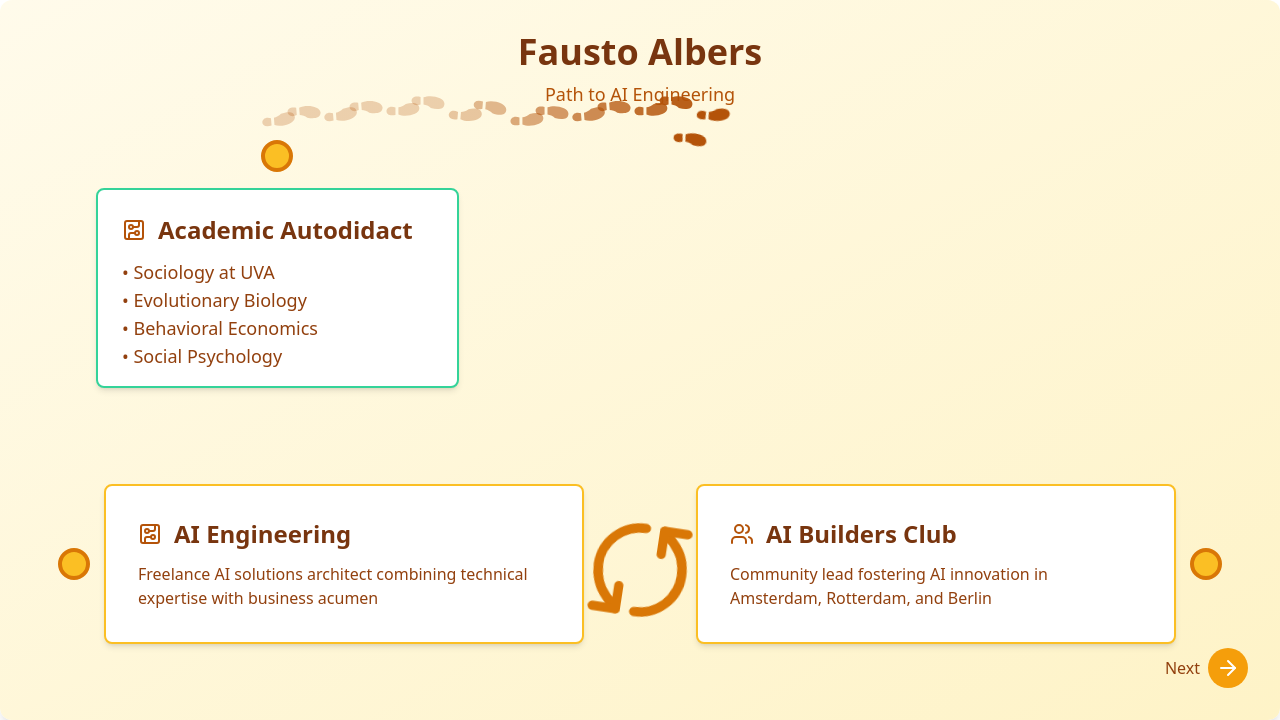
Repository: Galbaz1/dell_presentation
Page: /
An editor plug-in stored every save of this project. The page is shown before and after the next save, followed by the edit.
The browser window is 1280 px wide. The pictures show the whole page.
The project was rebuilt for these pictures with package versions that can differ from the ones it lists, and the page was loaded fresh each time. The framework's server and built-in components were replaced by stand-ins that run in the browser. Also part of the build but not shown: styles/animations/slide2.css.

Above is the page before, as saved 2024-11-12 13:49:34.

### pages/_app.tsx
import '../styles/globals.css'
import '../styles/animations/slide1.css'
import '../styles/animations/slide2.css'
import type { AppProps } from 'next/app'

function MyApp({ Component, pageProps }: AppProps) {
  return <Component {...pageProps} />
}

export default MyApp

### pages/index.tsx
import React from 'react';
import { CircuitBoard, Building2, Code, Users, ArrowRight, RefreshCcw } from 'lucide-react';
import FootstepsAnimation from '../components/FootstepsAnimation';
import Link from 'next/link';

const SpeakerSlide: React.FC = () => {
  return (
    <div className="bg-gradient-to-br from-amber-50 to-amber-100 p-8 rounded-xl shadow-lg min-h-screen overflow-hidden relative">
      {/* Header */}
      <div className="mb-12 text-center">
        <h1 className="text-4xl font-bold text-amber-900 mb-2">Fausto Albers</h1>
        <p className="text-lg text-amber-700">Path to AI Engineering</p>
      </div>

      {/* Journey Map */}
      <div className="relative mb-16 mx-auto max-w-[1400px]">
        <FootstepsAnimation />
        {/* Journey Stations */}
        <div className="relative flex justify-between items-center px-16">
          {/* Academic Autodidact */}
          <div className="w-96 relative fall-animation">
            <div className="absolute -top-4 left-1/2 transform -translate-x-1/2">
              <div className="w-8 h-8 rounded-full bg-amber-400 border-4 border-amber-600" />
            </div>
            <div className="bg-white p-6 rounded-lg shadow-md mt-8 h-[200px] flex flex-col border-2 border-emerald-400">
              <h2 className="text-2xl font-semibold text-amber-900 mb-3 flex items-center">
                <CircuitBoard className="mr-3 text-amber-700 w-6 h-6" /> Academic Autodidact
              </h2>
              <ul className="text-lg text-amber-800 flex-1">
                <li>• Sociology at UVA</li>
                <li>• Evolutionary Biology</li>
                <li>• Behavioral Economics</li>
                <li>• Social Psychology</li>
              </ul>
            </div>
          </div>

          {/* Business Experience */}
          <div className="w-96 relative fall-animation fall-animation-delay-1">
            <div className="absolute -top-4 left-1/2 transform -translate-x-1/2">
              <div className="w-8 h-8 rounded-full bg-amber-400 border-4 border-amber-600" />
            </div>
            <div className="bg-white p-6 rounded-lg shadow-md mt-8 h-[200px] flex flex-col border-2 border-emerald-400">
              <h2 className="text-2xl font-semibold text-amber-900 mb-3 flex items-center">
                <Building2 className="mr-3 text-amber-700 w-6 h-6" /> Business Leadership
              </h2>
              <ul className="text-lg text-amber-800 flex-1">
                <li>• Restaurant Owner</li>
                <li>• Cocktail Bars</li>
                <li>• Event Company</li>
                <li>• Dark Kitchen</li>
              </ul>
            </div>
          </div>

          {/* Tech Innovation */}
          <div className="w-96 relative fall-animation fall-animation-delay-2">
            <div className="absolute -top-4 left-1/2 transform -translate-x-1/2">
              <div className="w-8 h-8 rounded-full bg-amber-400 border-4 border-amber-600" />
            </div>
            <div className="bg-white p-6 rounded-lg shadow-md mt-8 h-[200px] flex flex-col border-2 border-emerald-400">
              <h2 className="text-2xl font-semibold text-amber-900 mb-3 flex items-center">
                <Code className="mr-3 text-amber-700 w-6 h-6" /> Tech Innovation
              </h2>
              <ul className="text-lg text-amber-800 flex-1">
                <li>• Back-end Development</li>
                <li>• Waitless - QR POS System</li>
                <li>• Waitler - LLM Chat App</li>
              </ul>
            </div>
          </div>
        </div>
      </div>

      {/* Current Roles Synergy Circle */}
      <div className="relative max-w-[1200px] mx-auto mt-24">
        {/* Synergy Arrows - removed text */}
        <div className="absolute left-0 right-0 mx-auto w-28 top-[30px] synergy-animation z-10">
          <div className="relative w-full h-full">
            <RefreshCcw className="w-full h-full text-amber-600 animate-spin-slow" />
          </div>
        </div>

        <div className="flex justify-between items-center synergy-animation px-16">
          {/* AI Engineering Role */}
          <div className="w-[480px] relative bg-white p-8 rounded-lg shadow-md border-2 border-amber-400 h-[160px] flex flex-col">
            <div className="absolute -left-12 top-1/2 transform -translate-y-1/2">
              <div className="w-8 h-8 rounded-full bg-amber-400 border-4 border-amber-600" />
            </div>
            <h2 className="text-2xl font-semibold text-amber-900 mb-3 flex items-center">
              <CircuitBoard className="mr-3 text-amber-700 w-6 h-6" /> AI Engineering
            </h2>
            <p className="text-base text-amber-800">
              Freelance AI solutions architect combining technical expertise with business acumen
            </p>
          </div>

          {/* AI Builders Role */}
          <div className="w-[480px] relative bg-white p-8 rounded-lg shadow-md border-2 border-amber-400 h-[160px] flex flex-col">
            <h2 className="text-2xl font-semibold text-amber-900 mb-3 flex items-center">
              <Users className="mr-3 text-amber-700 w-6 h-6" /> AI Builders Club
            </h2>
            <p className="text-base text-amber-800">
              Community lead fostering AI innovation in Amsterdam, Rotterdam, and Berlin
            </p>
            <div className="absolute -right-12 top-1/2 transform -translate-y-1/2">
              <div className="w-8 h-8 rounded-full bg-amber-400 border-4 border-amber-600" />
            </div>
          </div>
        </div>
      </div>

      {/* Add this navigation at the bottom of the component, before the closing div */}
      <div className="absolute bottom-8 right-8 flex items-center">
        <span className="text-amber-800 mr-2">Next</span>
        <Link href="/slide2" className="bg-amber-500 hover:bg-amber-600 text-white p-2 rounded-full transition-colors">
          <ArrowRight className="w-6 h-6" />
        </Link>
      </div>
    </div>
  );
};

export default SpeakerSlide;

### styles/globals.css
@tailwind base;
@tailwind components;
@tailwind utilities;

@keyframes fallAndBounce {
  0% {
    transform: translateY(-100%) translateX(-50%);
  }
  70% {
    transform: translateY(140%) translateX(-50%);
  }
  75% {
    transform: translateY(130%) translateX(-50%);
  }
  80% {
    transform: translateY(135%) translateX(-50%);
  }
  85% {
    transform: translateY(128%) translateX(-50%);
  }
  90% {
    transform: translateY(132%) translateX(-50%);
  }
  100% {
    transform: translateY(0%) translateX(-50%);
  }
}

@keyframes developerFall {
  0%, 69% {
    transform: translateX(-50%) rotate(0deg);
  }
  100% {
    transform: translateX(100%) rotate(90deg);
  }
}

@keyframes pulsate {
  0% {
    transform: translateY(0%) translateX(-50%) scale(1);
  }
  8% {
    transform: translateY(0%) translateX(-50%) scale(1.15);
  }
  10% {
    transform: translateY(0%) translateX(-50%) scale(1.1);
  }
  18% {
    transform: translateY(0%) translateX(-50%) scale(1.35);
  }
  20% {
    transform: translateY(0%) translateX(-50%) scale(1.3);
  }
  28% {
    transform: translateY(0%) translateX(-50%) scale(1.55);
  }
  30% {
    transform: translateY(0%) translateX(-50%) scale(1.5);
  }
  38% {
    transform: translateY(0%) translateX(-50%) scale(1.75);
  }
  40% {
    transform: translateY(0%) translateX(-50%) scale(1.7);
  }
  48% {
    transform: translateY(0%) translateX(-50%) scale(1.95);
  }
  50% {
    transform: translateY(0%) translateX(-50%) scale(1.9);
  }
  100% {
    transform: translateY(0%) translateX(-50%) scale(2);
  }
}

@keyframes explodePiece {
  0% {
    transform: translate(0, 0) rotate(0);
    opacity: 1;
  }
  100% {
    transform: translate(var(--tx), 1000px) rotate(var(--tr));
    opacity: 0;
  }
}

.animate-fall-bounce {
  animation:
    fallAndBounce 3s cubic-bezier(0.4, 0, 0.2, 1) forwards,
    pulsate 8s cubic-bezier(0.4, 0, 0.2, 1) 5s forwards;
}

.animate-developer-fall {
  animation: developerFall 1.2s cubic-bezier(0.4, 0, 0.2, 1) forwards;
  animation-delay: 2.1s;
}

.explosion-piece {
  position: absolute;
  animation: explodePiece 2s cubic-bezier(0.4, 0, 0.2, 1) forwards;
  animation-delay: 16s; /* 5s wait + 8s growth + 3s wait */
}

### styles/animations/slide1.css
@keyframes spin-slow {
  from {
    transform: rotate(0deg);
  }
  to {
    transform: rotate(360deg);
  }
}

.animate-spin-slow {
  animation: spin-slow 20s linear infinite;
}

@keyframes fallIn {
  0% {
    transform: translateY(-100vh) rotate(0deg);
    opacity: 0;
  }
  60% {
    transform: translateY(20px) rotate(720deg);
  }
  80% {
    transform: translateY(-10px) rotate(720deg);
  }
  100% {
    transform: translateY(0) rotate(720deg);
    opacity: 1;
  }
}

.fall-animation {
  opacity: 0;
  animation: fallIn 2s cubic-bezier(0.25, 0.46, 0.45, 0.94) forwards;
  animation-delay: 2s;
}

.fall-animation-delay-1 {
  animation-delay: 6s;
}

.fall-animation-delay-2 {
  animation-delay: 11s;
}

### components/FootstepsAnimation.tsx
import React, { useEffect, useRef } from 'react';
import gsap from 'gsap';

interface FootProps {
  ref: React.RefObject<SVGSVGElement>;
}

const RightFootprint = React.forwardRef<SVGSVGElement>((_, ref) => (
  <svg
    ref={ref}
    width="24"
    height="36"
    viewBox="0 0 16 32"
    fill="currentColor"
    xmlns="http://www.w3.org/2000/svg"
    className="footstep right-step"
    style={{ transform: 'rotate(90deg)', fill: '#b45309' }}
  >
    <path d="M5.058 20.918l6.21-1.664c-0.204-2.22 0-4.745 1.205-7.11 0.18-6.195-1.867-11.962-6.835-10.631-5.468 1.465-4.865 13.899-0.58 19.404v0zM5.468 23.537c0.343 11.974 12.512 6.497 6.318-1.693l-6.318 1.693z" />
  </svg>
));

const LeftFootprint = React.forwardRef<SVGSVGElement>((_, ref) => (
  <svg
    ref={ref}
    width="24"
    height="36"
    viewBox="20 0 16 32"
    fill="currentColor"
    xmlns="http://www.w3.org/2000/svg"
    className="footstep left-step"
    style={{ transform: 'rotate(90deg)', fill: '#b45309' }}
  >
    <path d="M27.227 20.917l-6.21-1.664c0.204-2.22-0-4.745-1.205-7.11-0.18-6.195 1.867-11.962 6.835-10.631 5.468 1.466 4.865 13.9 0.58 19.404v0zM26.818 23.536c-0.343 11.973-12.512 6.497-6.318-1.693l6.318 1.693z" />
  </svg>
));

const FootstepsAnimation: React.FC = () => {
  const leftFootRef = useRef<SVGSVGElement>(null);
  const rightFootRef = useRef<SVGSVGElement>(null);
  const ghostTrailRef = useRef<HTMLDivElement>(null);

  useEffect(() => {
    if (!leftFootRef.current || !rightFootRef.current || !ghostTrailRef.current) return;

    // River-like flowing path with gentle curves
    const horizontalPath = [
      // Start at first orange circle (Academic Foundation)
      { x: 280, y: 100 },    // Starting at first circle
      { x: 342, y: 95 },     // Gentle curve up (increased from 330)
      { x: 404, y: 90 },     // Peak (increased from 380)
      { x: 466, y: 95 },     // Coming down (increased from 430)
      { x: 528, y: 100 },    // Level (increased from 480)
      { x: 590, y: 95 },     // Rise (increased from 530)
      { x: 652, y: 90 },     // Peak (increased from 580)
      { x: 714, y: 95 },     // Descend (increased from 630)
      { x: 776, y: 100 },    // Second circle position (increased from 680)
      { x: 838, y: 95 },     // Begin rise (increased from 730)
      { x: 900, y: 90 },     // Peak (increased from 780)
      { x: 962, y: 95 },     // Start descent (increased from 830)
      { x: 1024, y: 100 },   // Level (increased from 880)
      { x: 1086, y: 95 },    // Rise (increased from 930)
      { x: 1148, y: 90 },    // Peak (increased from 980)
      { x: 1210, y: 95 },    // Descend (increased from 1030)
      { x: 1272, y: 100 },   // Third circle position (increased from 1080)
      { x: 1334, y: 95 },    // Final rise (increased from 1130)
      { x: 1396, y: 90 },    // Last peak (increased from 1180)
      { x: 1458, y: 95 },    // Final descent (increased from 1230)
      { x: 1520, y: 100 },   // End position (increased from 1280)
    ];

    // Calculate increment from horizontal path
    const horizontalIncrement = Math.abs(horizontalPath[1].x - horizontalPath[0].x); // Should be 62

    // New vertical path with 3 fewer steps
    const verticalPath = [
      { x: 1520, y: 100 },    // Start where horizontal path ended
      { x: 1525, y: 162 },    // Wave right
      { x: 1530, y: 224 },    // Peak right
      { x: 1525, y: 286 },    // Wave back center
      { x: 1520, y: 348 },    // Center
      { x: 1525, y: 410 },    // Wave right
      { x: 1530, y: 472 },    // Peak right
      { x: 1520, y: 534 },    // End position
    ];

    const createGhostTrail = (
      element: SVGSVGElement,
      x: number,
      y: number,
      rotation: number = 0,
      isVertical: boolean = false
    ): void => {
      if (!ghostTrailRef.current) return;

      const ghost = element.cloneNode(true) as SVGSVGElement;
      ghost.style.position = 'absolute';
      ghost.style.left = `${x}px`;
      ghost.style.top = `${y}px`;

      // Match ghost trail rotation with footstep rotation
      const ghostRotation = isVertical
        ? rotation  // Just use the same rotation as footsteps for vertical path
        : rotation; // Keep horizontal path rotation the same

      ghost.style.transform = `rotate(${ghostRotation}deg)`;
      ghost.style.color = '#d97706';
      ghost.classList.add('ghost-trail');

      ghostTrailRef.current.appendChild(ghost);

      gsap.to(ghost, {
        opacity: 0.25,
        duration: 3,
        ease: "none",
      });
    };

    const animateFootstep = (
      foot: SVGSVGElement,
      path: Array<{x: number, y: number}>,
      delay: number,
      isLeft: boolean,
      isVertical: boolean = false
    ): void => {
      path.forEach((point, index) => {
        const prevPoint = index > 0 ? path[index - 1] : point;
        const nextPoint = index < path.length - 1 ? path[index + 1] : point;

        const rotation = Math.atan2(
          nextPoint.y - prevPoint.y,
          nextPoint.x - prevPoint.x
        ) * 180 / Math.PI;

        // Define base offsets
        const sideOffset = isLeft ? -12 : 12;
        const heightOffset = isLeft ? 6 : -6;  // 20% increased from original 5/-5

        // Swap offsets based on direction
        const xOffset = isVertical ? heightOffset : sideOffset;
        const yOffset = isVertical ? sideOffset : heightOffset;

        // Adjust rotation for vertical path to point inwards while going down
        const finalRotation = isVertical
          ? rotation + 90 + (isLeft ? 15 : -15)  // Swapped the +/- for vertical to point inwards
          : rotation + 90 + (isLeft ? -15 : 15);  // Horizontal path unchanged

        gsap.to(foot, {
          x: point.x + xOffset,
          y: point.y + yOffset,
          rotation: finalRotation,
          duration: 0.6,
          delay: delay + (index * 0.7),
          ease: "power2.inOut",
          onComplete: () => createGhostTrail(
            foot,
            point.x + xOffset,
            point.y + yOffset,
            finalRotation,
            isVertical
          ),
        });
      });
    };

    // Start animations with proper timing
    const timeline = gsap.timeline();

    // First animate horizontal path (normal order)
    animateFootstep(leftFootRef.current, horizontalPath, 0, true, false);
    animateFootstep(rightFootRef.current, horizontalPath, 0.35, false, false);

    // Then animate vertical path with swapped left/right order and transition delay
    const horizontalDuration = horizontalPath.length * 0.7;
    // Add 0.7s extra delay for the inner footstep (the one that needs to wait)
    animateFootstep(leftFootRef.current, verticalPath, horizontalDuration + 0.7, false, true);  // Added 0.7s delay
    animateFootstep(rightFootRef.current, verticalPath, horizontalDuration + 0.35, true, true);  // Kept original timing

    return () => {
      timeline.kill();
    };
  }, []);

  return (
    <div className="fixed inset-0 pointer-events-none" style={{ zIndex: 50 }}>
      <div
        ref={ghostTrailRef}
        className="ghost-trail-container"
        style={{ zIndex: 50 }}
      />
      <LeftFootprint ref={leftFootRef} />
      <RightFootprint ref={rightFootRef} />
    </div>
  );
};

RightFootprint.displayName = 'RightFootprint';
LeftFootprint.displayName = 'LeftFootprint';

export default FootstepsAnimation;

### tailwind.config.js
/** @type {import('tailwindcss').Config} */
module.exports = {
  content: [
    "./pages/**/*.{js,ts,jsx,tsx}",
    "./components/**/*.{js,ts,jsx,tsx}",
    "./styles/**/*.css",
  ],
  theme: {
    extend: {},
  },
  plugins: [],
}

After the next save:
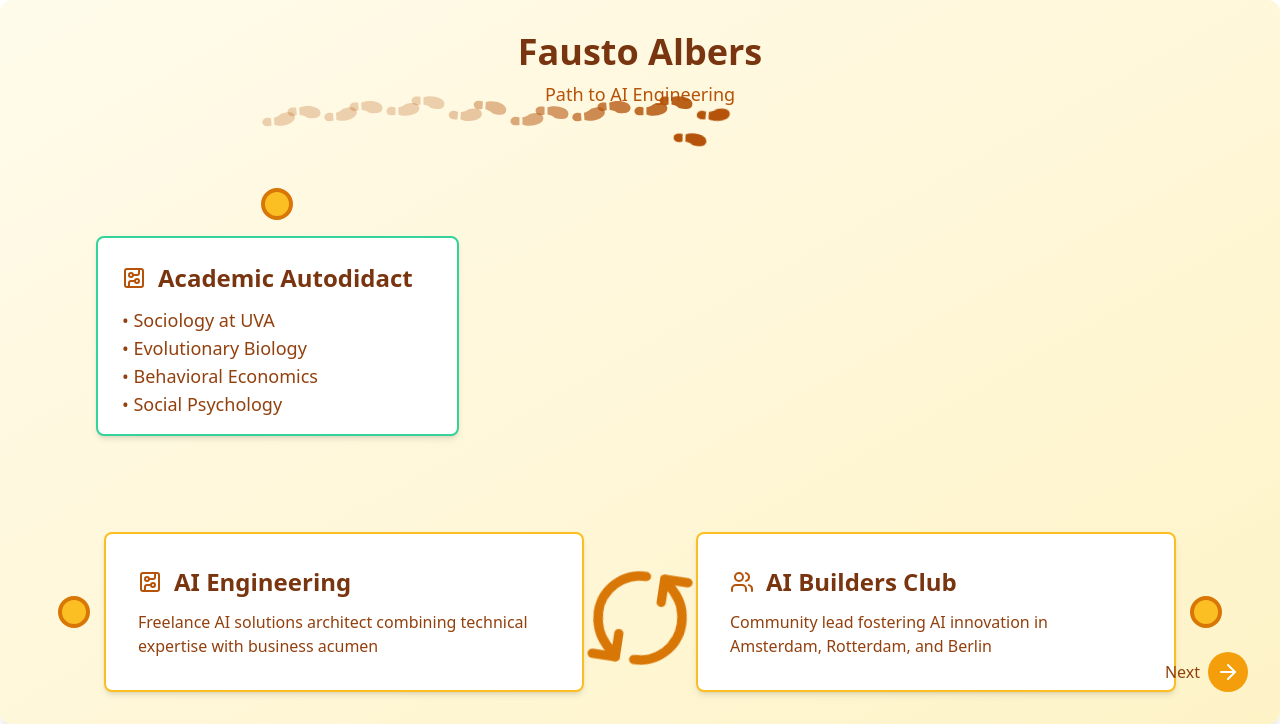
Saved 108 s later.
--- a/pages/index.tsx
+++ b/pages/index.tsx
@@ -7,7 +7,7 @@ const SpeakerSlide: React.FC = () => {
   return (
     <div className="bg-gradient-to-br from-amber-50 to-amber-100 p-8 rounded-xl shadow-lg min-h-screen overflow-hidden relative">
       {/* Header */}
-      <div className="mb-12 text-center">
+      <div className="mb-24 text-center">
         <h1 className="text-4xl font-bold text-amber-900 mb-2">Fausto Albers</h1>
         <p className="text-lg text-amber-700">Path to AI Engineering</p>
       </div>
